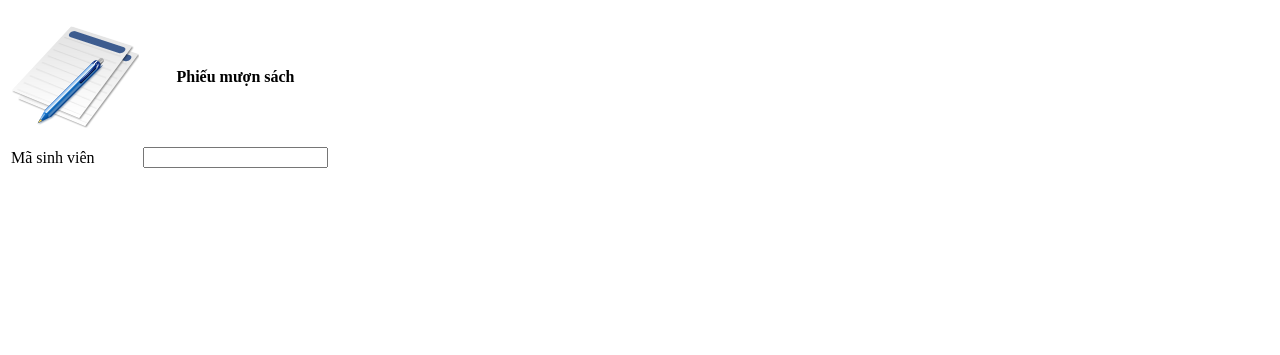
Repository: AnhDuc0125/HTML-Aptech
Page: bt2092-b2/index.html
These files come from the project's save history. The page is drawn as it stood at one moment and after the next save; the edit follows.
The browser window is 1280 px wide. The pictures show the whole page.

Above is the page before, as saved 2021-12-03 20:31:29.

After the next save:
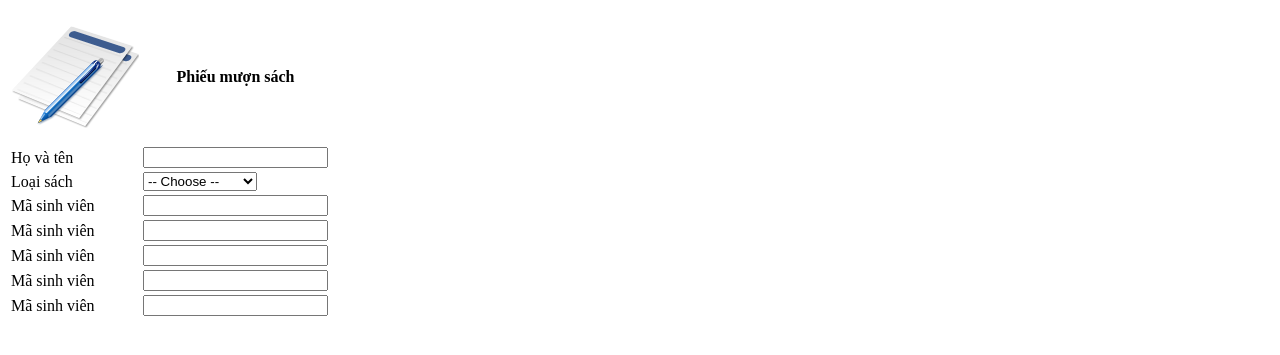
Saved 108 s later.
--- a/bt2092-b2/index.html
+++ b/bt2092-b2/index.html
@@ -16,6 +16,35 @@
             </thead>
             <tbody>
                 <tr>
+                    <td><label for="hoten">Họ và tên</label></td>
+                    <td><input type="text"></td>
+                </tr>
+                <tr>
+                    <td><label for="sach">Loại sách</label></td>
+                    <td><select name="sach" id="book_id">
+                        <option value="">-- Choose --</option>
+                        <option value="1">Trinh thám</option>
+                        <option value="2">Công nghệ</option>
+                        <option value="3">Sách giáo khoa</option>
+                    </select></td>
+                </tr>
+                <tr>
+                    <td><label for="msv">Mã sinh viên</label></td>
+                    <td><input type="number"></td>
+                </tr>
+                <tr>
+                    <td><label for="msv">Mã sinh viên</label></td>
+                    <td><input type="number"></td>
+                </tr>
+                <tr>
+                    <td><label for="msv">Mã sinh viên</label></td>
+                    <td><input type="number"></td>
+                </tr>
+                <tr>
+                    <td><label for="msv">Mã sinh viên</label></td>
+                    <td><input type="number"></td>
+                </tr>
+                <tr>
                     <td><label for="msv">Mã sinh viên</label></td>
                     <td><input type="number"></td>
                 </tr>
